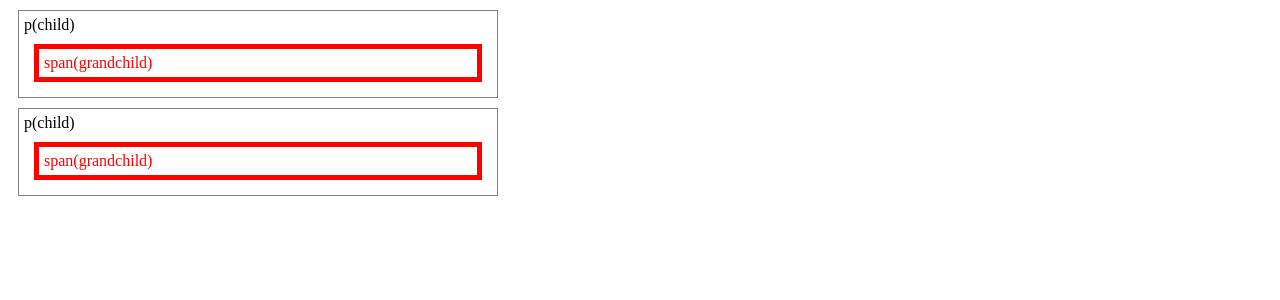
Repository: tjdwlsl/jspstudy
Page: http://localhost/JQuery_Ajax/01_jquery/ex16_DOM.jsp
These files come from the project's save history. The page is drawn as it stood at one moment and after the next save; the edit follows.
The browser window is 1280 px wide. The pictures show the whole page.
The page is served by Tomcat 9.

Above is the page before, as saved 2023-07-20 01:39:01.

After the next save:
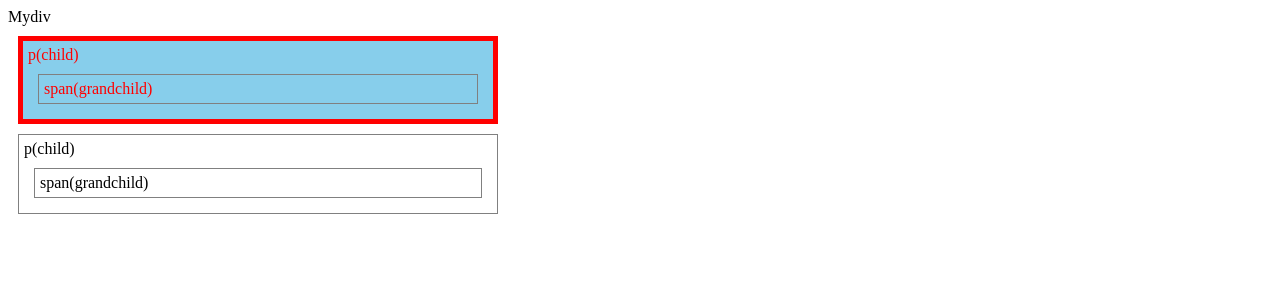
Saved 55 s later.
--- a/JQuery_Ajax/src/main/webapp/01_jquery/ex16_DOM.jsp
+++ b/JQuery_Ajax/src/main/webapp/01_jquery/ex16_DOM.jsp
@@ -1,38 +1,57 @@
 <%@ page language="java" contentType="text/html; charset=UTF-8"
-    pageEncoding="UTF-8"%>
+	pageEncoding="UTF-8"%>
 <!DOCTYPE html>
 <html>
 <head>
 <meta charset="UTF-8">
-<title>HTML 탐색 : children()</title>
+<title>HTML 탐색 : children</title>
 <style type="text/css">
-	.myclass * {
-		display: block;
-		border: 1px solid gray;
-		padding: 5px;
-		margin: 10px;
-	}
+.myclass * {
+	display: block;
+	border: 1px solid gray;
+	padding: 5px;
+	margin: 10px;
+}
 </style>
 <%-- jQuery 라이브러리 CDN --%>
-<script src="https://ajax.googleapis.com/ajax/libs/jquery/3.7.0/jquery.min.js"></script>
+<script
+	src="https://ajax.googleapis.com/ajax/libs/jquery/3.7.0/jquery.min.js"></script>
 <script type="text/javascript">
-$(document).ready(function(){
-	//children : 선택한 요소의 마지막 요소까지 변환
-	//fild(요소) : 선택한 요소의에서 요소까지 반환
-	$("div").find("span").css({"color":"red", "border":"5px solid red"});
+	$(document).ready(function() {
+		//children(selector) : 어떤 요소의 자식 요소를 선택
+		//find(selector) : 어떤 요소의 하위 요소 중 특정 요소를 찾을 때 사용
 
-});
+		//div 자식 요소 중 p 요소 선택 (여러개일 때는 복수 가능)
+
+// 		$(".myclass").children("p").css({
+// 			"color" : "red",
+// 			"border" : "5px solid red"
+// 		});
+
+		$(".myclass").children(".p1").css({
+			"background" : "skyblue"
+		});
+// 		$(".myclass").children(".p2").css({
+// 			"color" : "orange",
+// 			"border" : "5px solid red"
+// 		});
+
+		$(".myclass").find(".p1").css({
+			"color" : "red",
+			"border" : "5px solid red"
+		});
+	});
 </script>
-
 </head>
 <body>
 	<div class="myclass" style="width: 500px;">
-	<p>p(child)
-		<span>span(grandchild)</span>
-	</p>
-	<p>p(child)
-		<span>span(grandchild)</span>
-	</p>
+		Mydiv
+		<p class="p1">
+			p(child) <span>span(grandchild)</span>
+		</p>
+		<p class="p2">
+			p(child) <span>span(grandchild)</span>
+		</p>
 	</div>
 </body>
 </html>
